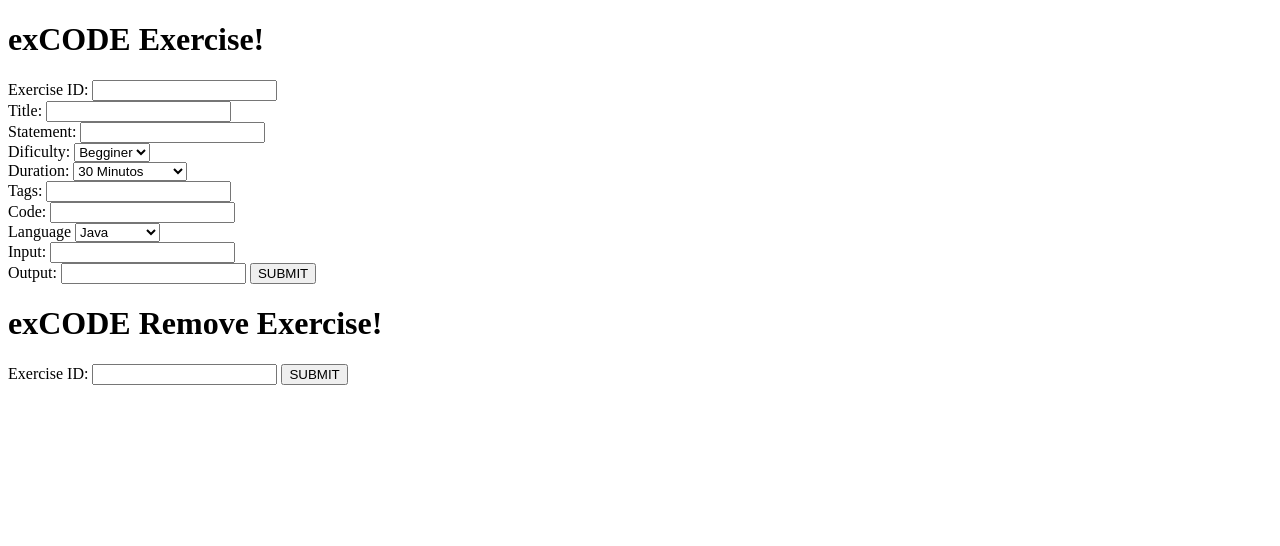
Repository: andregouveia8/EXCODE-API
Page: exCODE PROGRAMING EXERCISES API/API/exCODE API/exCODEAPI/WebContent/addExercise.html
These files come from the project's save history. The page is drawn as it stood at one moment and after the next save; the edit follows.
The browser window is 1280 px wide. The pictures show the whole page.
Some web libraries are served in a nearby version.

Above is the page before, as saved 2018-01-17 19:24:08.
Console error: SyntaxError: Unexpected end of input

### exCODE PROGRAMING EXERCISES API/API/exCODE API/exCODEAPI/WebContent/addExercise.html
<!DOCTYPE html>
<html>

<head>
    <meta charset="ISO-8859-1">
    <title>GAME SERVICE</title>
    <script src="https://ajax.googleapis.com/ajax/libs/jquery/3.2.1/jquery.min.js"></script>

    <script>

        $(document).ready(function () {
        	$("#btnSubmit1").click(function () {

                var myToken;
                var exerciseID = $("#txtExerciseID1").val();
                if (localStorage.token == null) {
                    myToken = "eyJhbGciOiJIUzI1NiIsInR5cCI6IkpXVCJ9.eyJzdWIiOiIxMjM0NTY3ODkwIiwibmFtZSI6IkpvaG4gRG9lIiwiYWRtaW4iOnRydWV9.TJVA95OrM7E2cBab30RMHrHDcEfxjoYZgeFONFh7HgQ";
                } else {
                    myToken = localStorage.token;
                }


                $.ajax({

                	exerciseID: $("#txtExerciseID").val(),

                    method: "DELETE",
                    url: "http://localhost:8081/exCODEAPI/rest/exercises/" + exerciseID,
                    data: {

                        token: myToken

                    }
                })
                    .done(function (msg) {
                        console.log("Exercise Delete");

                    });
            });


        	$(document).ready(function () {
            	$("#btnSubmit2").click(function () {

                    var myToken;
                    var userID = $("#txtUserID").val();
                    if (localStorage.token == null) {
                        myToken = "eyJhbGciOiJIUzI1NiIsInR5cCI6IkpXVCJ9.eyJzdWIiOiIxMjM0NTY3ODkwIiwibmFtZSI6IkpvaG4gRG9lIiwiYWRtaW4iOnRydWV9.TJVA95OrM7E2cBab30RMHrHDcEfxjoYZgeFONFh7HgQ";
                    } else {
                        myToken = localStorage.token;
                    }


                    $.ajax({

                    	password: $("#txtPassword1").val(),

                        method: "DELETE",
                        url: "http://localhost:8081/exCODEAPI/rest/users/" + userID,
                        data: {

                            token: myToken

                        }
                    })
                        .done(function (msg) {
                            console.log("User Delete");

                        });
                });






             $("#btnSubmit").click(function () {

                var myToken;
                if (localStorage.token == null) {
                    myToken = "eyJhbGciOiJIUzI1NiIsInR5cCI6IkpXVCJ9.eyJzdWIiOiIxMjM0NTY3ODkwIiwibmFtZSI6IkpvaG4gRG9lIiwiYWRtaW4iOnRydWV9.TJVA95OrM7E2cBab30RMHrHDcEfxjoYZgeFONFh7HgQ";
                } else {
                    myToken = localStorage.token;
                }


                $.ajax({
                    method: "POST",
                    url: "http://localhost:8081/exCODEAPI/rest/exercises",
                    data: {
                        exerciseID: $("#txtExerciseID").val(),
                        title: $("#txtTitle").val(),
                        statement: $("#txtStatement").val(),
                        dificulty: $("#selectDificulty").val(),
                        duration: $("#selectDuration").val(),
                        tags: $("#txtTags").val(),
                        code: $("#txtCode").val(),
                        language: $("#txtStatement").val(),
                        input: $("#txtInput").val(),
                        output: $("#txtOutput").val(),
                        token: myToken

                    }
                })
                    .done(function (msg) {
                        console.log("Exercise Done");

                    });
            });
        });
    </script>
</head>

<body>
   <h1>exCODE Exercise!</h1>
    Exercise ID:
    <input id="txtExerciseID" type="text" />
    <br/> Title:
    <input id="txtTitle" type="text" />
    <br/> Statement:
    <input id="txtStatement" type="text" />
    <br/> Dificulty:
    <select id="selectDificulty">
        <option value="Begginer">Begginer</option>
        <option value="Normal">Normal</option>
        <option value="Pro">Pro</option>
        <option value="Expert">Expert</option>
    </select>
    <br> Duration:
    <select id="selectDuration">
        <option value="30">30 Minutos</option>
        <option value="15">15 Minutos</option>
        <option value="60">1 Hora</option>
        <option value="90">1 Hora e Meia</option>
        <option value="91">+1 Hora e Meia</option>

    </select>
    <br> Tags:
    <input id="txtTags" type="text" />
    <br> Code:
    <input id="txtCode" type="text" />
    <br> Language
    <select id="selectLanguage">
        <option value="Java">Java</option>
        <option value="CSharp">CSharp</option>
        <option value="JavaScript">JavaScript</option>
    </select>
    <br>Input:
    <input id="txtInput" type="text" />
    <br>Output:
    <input id="txtOutput" type="text" />
    <input id="btnSubmit" type="button" value="SUBMIT" />
    <br/>



    <h1>exCODE Remove Exercise!</h1>
    Exercise ID:
    <input id="txtExerciseID1" type="text" />
    <input id="btnSubmit1" type="button" value="SUBMIT" />
    <br/>





</body>

</html>

After the next save:
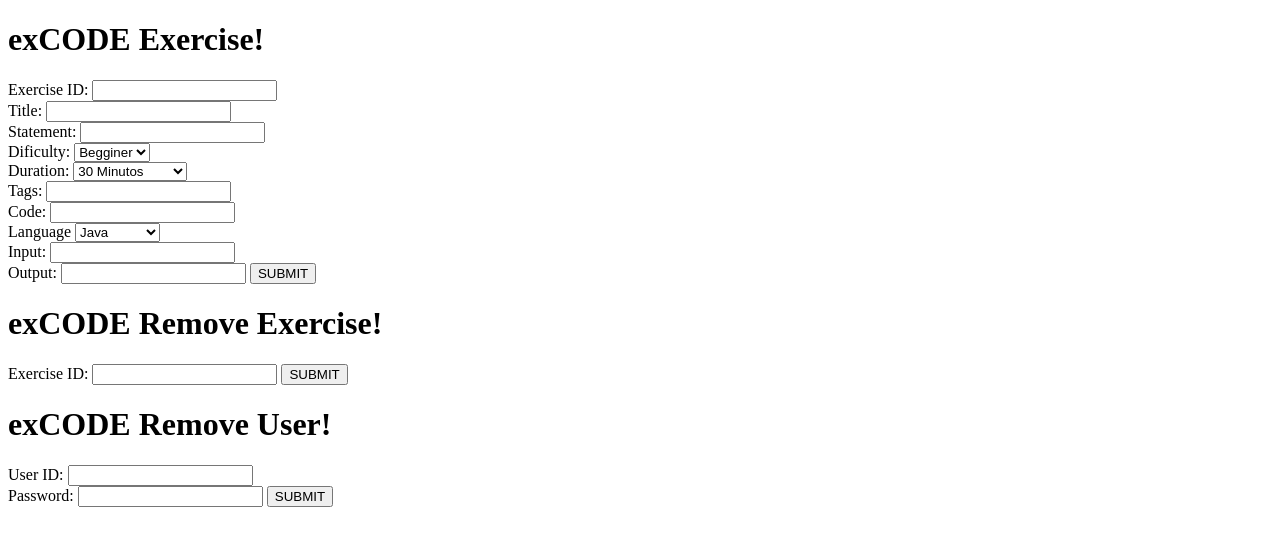
Saved 72 s later.
--- a/exCODE PROGRAMING EXERCISES API/API/exCODE API/exCODEAPI/WebContent/addExercise.html
+++ b/exCODE PROGRAMING EXERCISES API/API/exCODE API/exCODEAPI/WebContent/addExercise.html
@@ -161,6 +161,15 @@
     <br/>
 
 
+     <h1>exCODE Remove User!</h1>
+    User ID:
+    <input id="txtUserID1" type="text" /><br>
+    Password:
+    <input id="txtPassword1" type="text" />
+    <input id="btnSubmit1" type="button" value="SUBMIT" />
+    <br/>
+
+
 
 
 

After the 3 saves that followed:
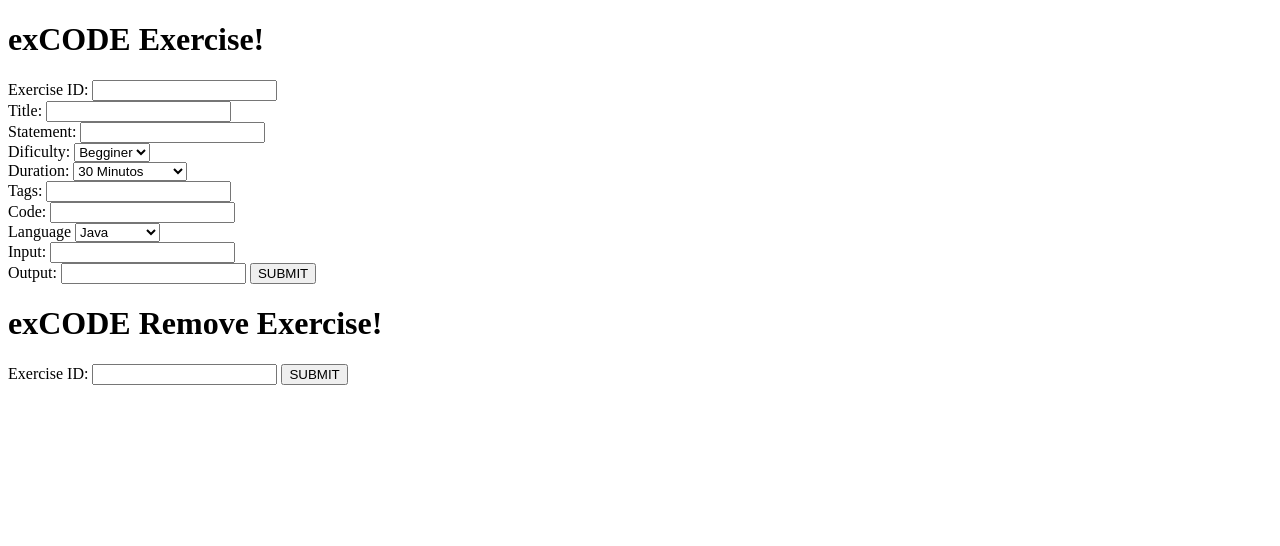
The error is gone.
The 3 saves are shown as one change because 2 left the picture as it was.
The last was saved 6 min 14 s later.
--- a/exCODE PROGRAMING EXERCISES API/API/exCODE API/exCODEAPI/WebContent/addExercise.html
+++ b/exCODE PROGRAMING EXERCISES API/API/exCODE API/exCODEAPI/WebContent/addExercise.html
@@ -39,7 +39,7 @@
             });
 
 
-        	$(document).ready(function () {
+        	/* $(document).ready(function () {
             	$("#btnSubmit2").click(function () {
 
                     var myToken;
@@ -68,7 +68,7 @@
 
                         });
                 });
-
+        	 */
 
 
 
@@ -160,15 +160,15 @@
     <input id="btnSubmit1" type="button" value="SUBMIT" />
     <br/>
 
-
+   <!--
      <h1>exCODE Remove User!</h1>
     User ID:
     <input id="txtUserID1" type="text" /><br>
     Password:
     <input id="txtPassword1" type="text" />
-    <input id="btnSubmit1" type="button" value="SUBMIT" />
+    <input id="btnSubmit2" type="button" value="SUBMIT" />
     <br/>
-
+     -->
 
 
 
